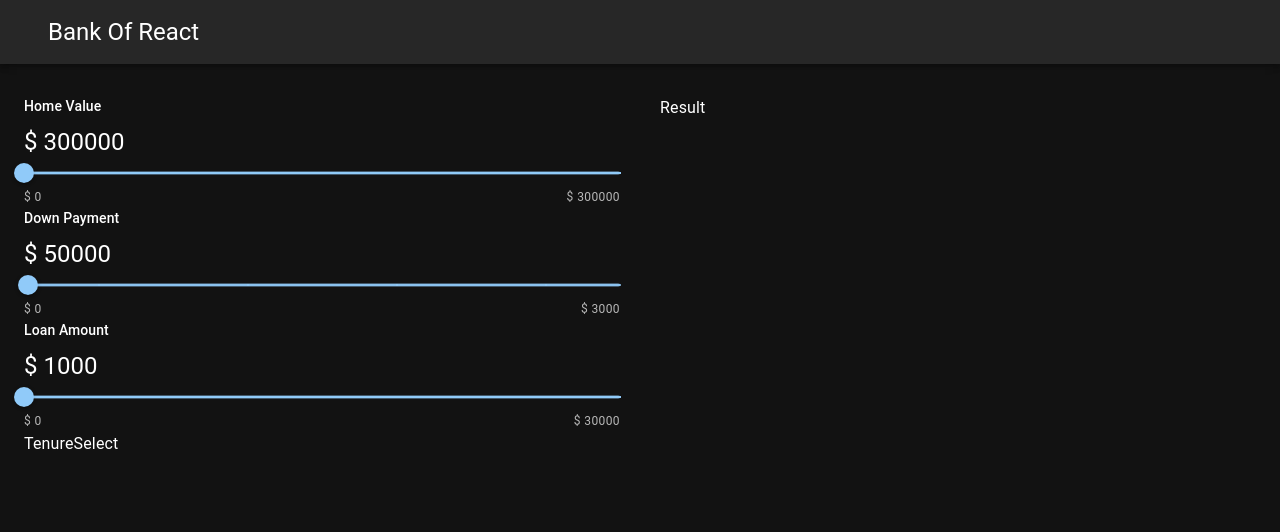
Repository: MikeeBuilds/mortgage-calculator
Page: /
The author's editor kept a copy of each file at every save. The page is drawn from the files as they stood at one save, then again after a run of saves.
The browser window is 1280 px wide. The pictures show the whole page.
The project was rebuilt for these pictures with package versions that can differ from the ones it lists, and the page was loaded fresh each time.

Above is the page before, as saved 2023-04-03 21:52:30.

After the next 3 saves:
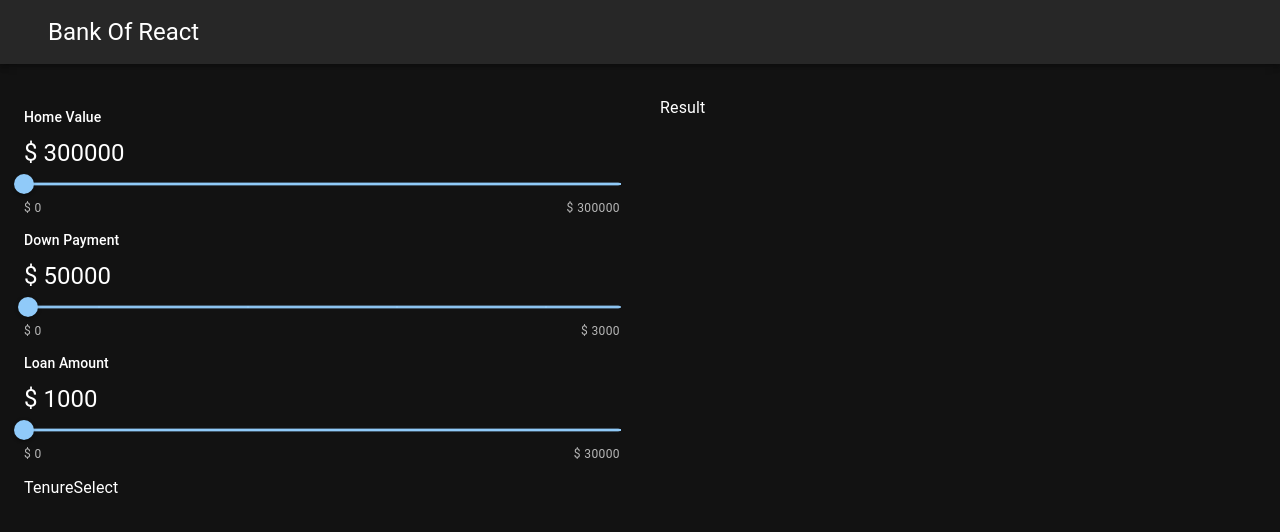
The 3 saves are shown as one change because they came seconds apart.
The last was saved 10 s later.
--- a/src/components/common/SliderComponent.js
+++ b/src/components/common/SliderComponent.js
@@ -4,7 +4,7 @@ import { Stack, Typography } from '@mui/material'
 
 const SliderComponent = ({ defaultValue, min, max, step, onChange, value, label, unit, amount }) => {
   return (
-  <Stack >
+  <Stack my={1.4}>
     <Stack gap={1}>
       <Typography variant='subtitle2'>{label}</Typography>
       <Typography variant='h5'>{unit} {amount}</Typography>
